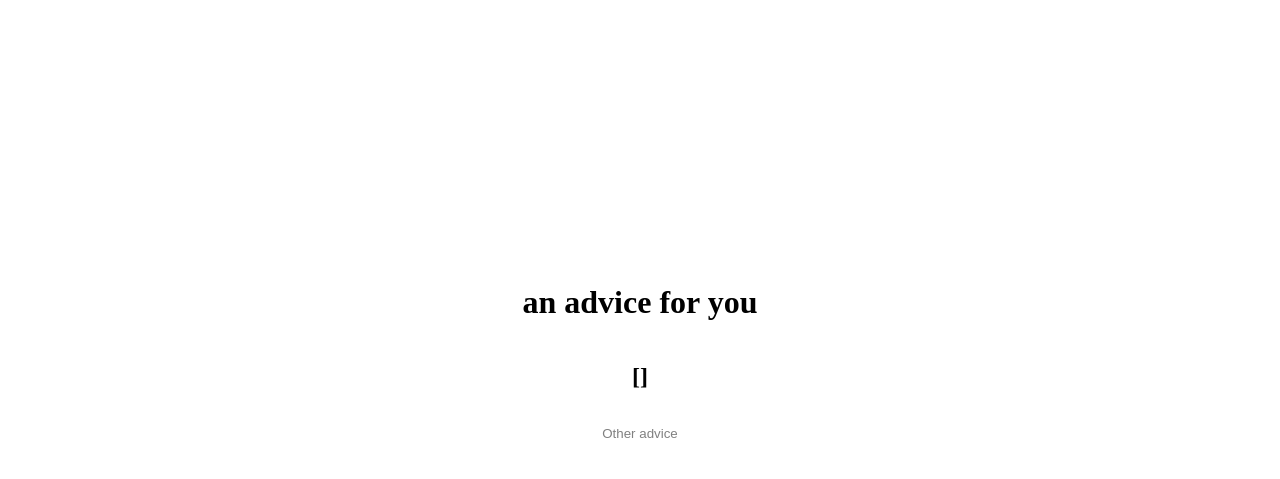
Repository: Fernandamendonc/Advice
Page: /
These files come from the project's save history. The page is drawn as it stood at one moment and after the next save; the edit follows.
The browser window is 1280 px wide. The pictures show the whole page.
The page's requests for data from a server got no answer. The project was rebuilt for these pictures with package versions that can differ from the ones it lists, and the page was loaded fresh each time. The framework's server and built-in components were replaced by stand-ins that run in the browser. No one was signed in, and anything a server would have sent is missing. Also part of the build but not shown: next.config.js.

Above is the page before, as saved 2022-08-16 20:53:38.

### pages/_app.tsx
import '../styles/globals.css'
import type { AppProps } from 'next/app'

function MyApp({ Component, pageProps }: AppProps) {
  return <Component {...pageProps}/>
}

export default MyApp

### pages/index.tsx
import type { NextPage } from 'next'

import { Button } from '../src/components/button'

const Home: NextPage = () => {
  return (
    <>
      <Button />
    </>
  )
}

export default Home

### styles/globals.css
html,
body {
  padding: 0;
  margin: 0;
}

a {
  color: inherit;
  text-decoration: none;
}

* {
  box-sizing: border-box;
}

@media (prefers-color-scheme: dark) {
  html {
    color-scheme: gray;
  }
  body {
    color: white;
    background: gray;
  }
}

### src/components/button/index.tsx
import {useEffect, useState} from 'react'
import axios from 'axios'

import { Container } from './styles'

export function Button(){

  function newAdvice(){

  }
  useEffect(() => {
    axios.get("https://api.adviceslip.com/advice")
    .then((response) => {
      adviceSet(response.data.slip.advice)
    }).catch(() => {
      console.log('ERRO')
    })
  },[])

  const [advice, adviceSet] = useState([])

  return(
    <Container>
      <h1>an advice for you</h1>
      <h2>{JSON.stringify(advice)}</h2>
      <button onClick={newAdvice}>Other advice</button>
    </Container>
  )
}

### src/components/button/styles.ts
import styled from 'styled-components'

export const Container = styled.div`
  display: flex;
  justify-content: center;
  align-items: center;
  flex-direction: column;

  position: absolute;
  top: 50%;
  left: 50%;
  transform: translate(-50%, -50%);

  font-family: ;

  button{
    padding: 1rem 5rem;

    color: gray;
    background: white;

    border: none;
    border-radius: 5rem;

    cursor: pointer;
  }
`

After the next save:
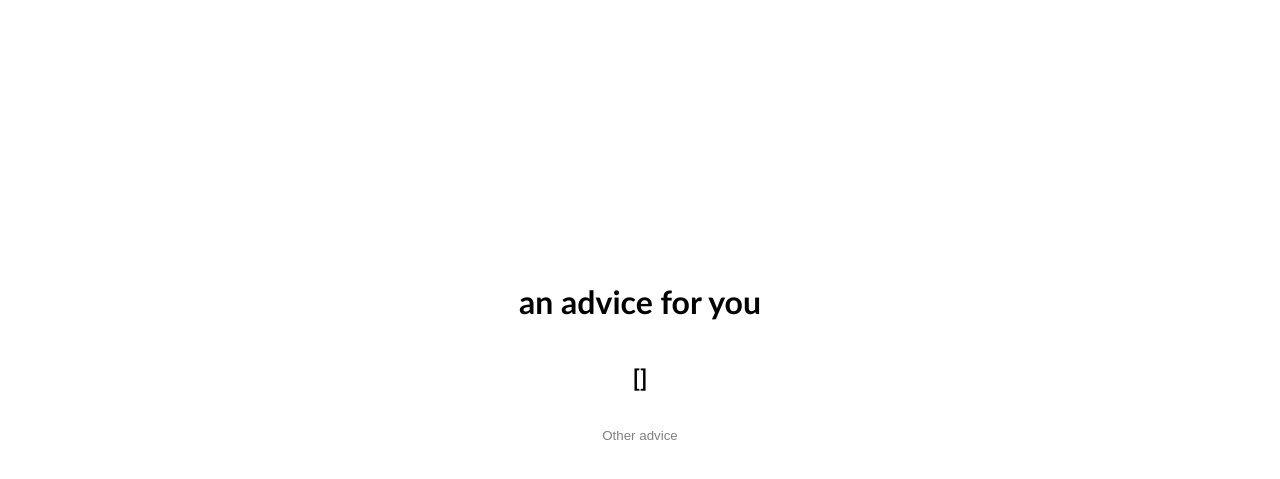
Saved 4 s later.
--- a/src/components/button/styles.ts
+++ b/src/components/button/styles.ts
@@ -11,7 +11,7 @@
   left: 50%;
   transform: translate(-50%, -50%);
 
-  font-family: ;
+  font-family: 'Trebuchet MS', 'Lucida Sans Unicode', 'Lucida Grande', 'Lucida Sans', Arial, sans-serif;
 
   button{
     padding: 1rem 5rem;

After the save that followed:
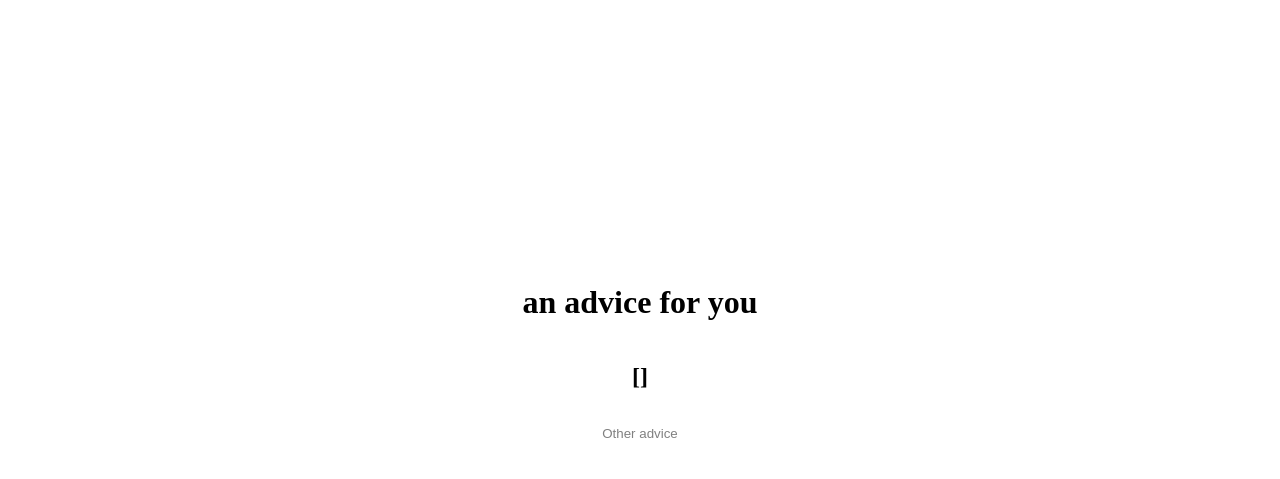
Saved 11 s later.
--- a/src/components/button/styles.ts
+++ b/src/components/button/styles.ts
@@ -11,7 +11,7 @@
   left: 50%;
   transform: translate(-50%, -50%);
 
-  font-family: 'Trebuchet MS', 'Lucida Sans Unicode', 'Lucida Grande', 'Lucida Sans', Arial, sans-serif;
+  font-family:;
 
   button{
     padding: 1rem 5rem;
